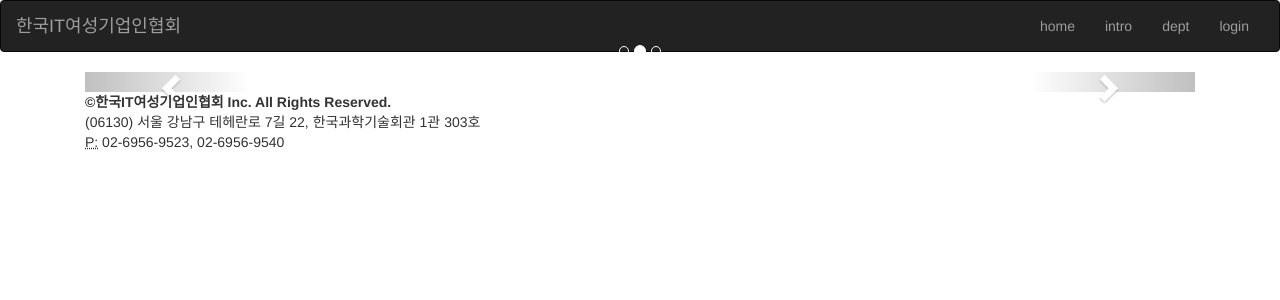
Repository: minho00123/sw-professional-training
Page: http://localhost/sts05/WEB-INF/views/index.jsp
These files come from the project's save history. The page is drawn as it stood at one moment and after the next save; the edit follows.
The browser window is 1280 px wide. The pictures show the whole page.
The page is served by Tomcat 9. Nobody is signed in. Other server files are loaded and not shown. The template is opened directly, without the code that normally fills it, so the values that code supplies are empty.

Above is the page before, as saved 2025-05-19 03:50:00.

### stsWorkspace/sts05/src/main/webapp/WEB-INF/views/index.jsp
<%@ page language="java" contentType="text/html; charset=UTF-8"
	pageEncoding="UTF-8"%>
<!DOCTYPE html>
<html>
<head>
<meta charset="UTF-8">
<title>Insert title here</title>
<%@ include file="layout/header.jspf"%>
</head>
<body>
	<%@ include file="layout/menu.jspf"%>
	<div id="carousel-example-generic" class="carousel slide"
		data-ride="carousel">
		<!-- Indicators -->
		<ol class="carousel-indicators">
			<li data-target="#carousel-example-generic" data-slide-to="0"
				class="active"></li>
			<li data-target="#carousel-example-generic" data-slide-to="1"></li>
			<li data-target="#carousel-example-generic" data-slide-to="2"></li>
		</ol>

		<!-- Wrapper for slides -->
		<div class="carousel-inner" role="listbox">
			<div class="item active">
				<2>
			</div>
			<div class="item">
			</div>
			<div class="item">
			</div>
		</div>

		<!-- Controls -->
		<a class="left carousel-control" href="#carousel-example-generic"
			role="button" data-slide="prev"> <span
			class="glyphicon glyphicon-chevron-left" aria-hidden="true"></span> <span
			class="sr-only">Previous</span>
		</a> <a class="right carousel-control" href="#carousel-example-generic"
			role="button" data-slide="next"> <span
			class="glyphicon glyphicon-chevron-right" aria-hidden="true"></span>
			<span class="sr-only">Next</span>
		</a>
	</div>
	<%@ include file="layout/footer.jspf"%>
</body>
</html>

### stsWorkspace/sts05/src/main/webapp/WEB-INF/views/layout/header.jspf
<%@ page language="java" contentType="text/html; charset=UTF-8"
    pageEncoding="UTF-8"%>
<%@ taglib prefix="c" uri="http://java.sun.com/jsp/jstl/core" %>
<link rel="stylesheet" type="text/css"
	href="${pageContext.request.contextPath }/css/bootstrap.min.css">
<!-- jQuery (necessary for Bootstrap's JavaScript plugins) -->
<script src="https://code.jquery.com/jquery-1.12.4.min.js"
	integrity="sha384-nvAa0+6Qg9clwYCGGPpDQLVpLNn0fRaROjHqs13t4Ggj3Ez50XnGQqc/r8MhnRDZ"
	crossorigin="anonymous"></script>
<script type="text/javascript"
	src="${pageContext.request.contextPath }/js/bootstrap.min.js"></script>

### stsWorkspace/sts05/src/main/webapp/WEB-INF/views/layout/menu.jspf
<%@ page language="java" contentType="text/html; charset=UTF-8"
    pageEncoding="UTF-8"%>
	<nav class="navbar navbar-inverse">
		<div class="container-fluid">
			<div class="navbar-header">
				<button type="button" class="navbar-toggle collapsed"
					data-toggle="collapse" data-target="#bs-example-navbar-collapse-1"
					aria-expanded="false">
					<span class="sr-only">Toggle navigation</span> <span
						class="icon-bar"></span> <span class="icon-bar"></span> <span
						class="icon-bar"></span>
				</button>
				<a class="navbar-brand" href="${pageContext.request.contextPath }/">
					한국IT여성기업인협회 </a>
			</div>
			<div class="collapse navbar-collapse"
				id="bs-example-navbar-collapse-1">
				<ul class="nav navbar-nav navbar-right">
					<li><a href="${pageContext.request.contextPath }/">home</a></li>
					<li><a href="${pageContext.request.contextPath }/intro">intro</a></li>
					<li><a href="${pageContext.request.contextPath }/dept/list">dept</a></li>
					<li><a href="${pageContext.request.contextPath }/login/">login</a></li>
				</ul>
			</div>
		</div>
	</nav>
	<div class="container">
		<div class="col-md-12">
			<!-- begin -->

### stsWorkspace/sts05/src/main/webapp/WEB-INF/views/layout/footer.jspf
<%@ page language="java" contentType="text/html; charset=UTF-8"
    pageEncoding="UTF-8"%>
<!-- end -->
		</div>
		<div class="col-md-12">
			<address>
				<strong>©한국IT여성기업인협회 Inc. All Rights Reserved.</strong><br>
				(06130) 서울 강남구 테헤란로 7길 22, 한국과학기술회관 1관 303호<br> <abbr
					title="Phone">P:</abbr> 02-6956-9523, 02-6956-9540
			</address>
		</div>
	</div>

Loaded but not shown: stsWorkspace/sts05/src/main/webapp/css/bootstrap.min.css (library); stsWorkspace/sts05/src/main/webapp/js/bootstrap.min.js (library)

After the next save:
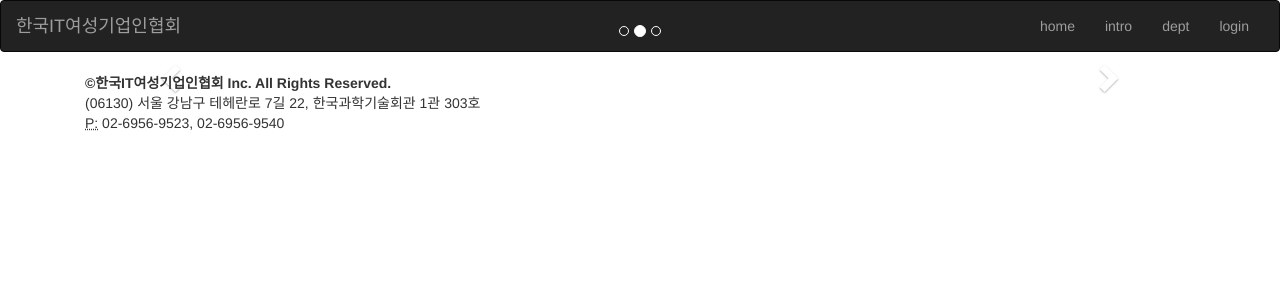
Saved 5 s later.
--- a/stsWorkspace/sts05/src/main/webapp/WEB-INF/views/index.jsp
+++ b/stsWorkspace/sts05/src/main/webapp/WEB-INF/views/index.jsp
@@ -21,13 +21,9 @@
 
 		<!-- Wrapper for slides -->
 		<div class="carousel-inner" role="listbox">
-			<div class="item active">
-				<2>
-			</div>
-			<div class="item">
-			</div>
-			<div class="item">
-			</div>
+			<div class="item active"></div>
+			<div class="item"></div>
+			<div class="item"></div>
 		</div>
 
 		<!-- Controls -->
